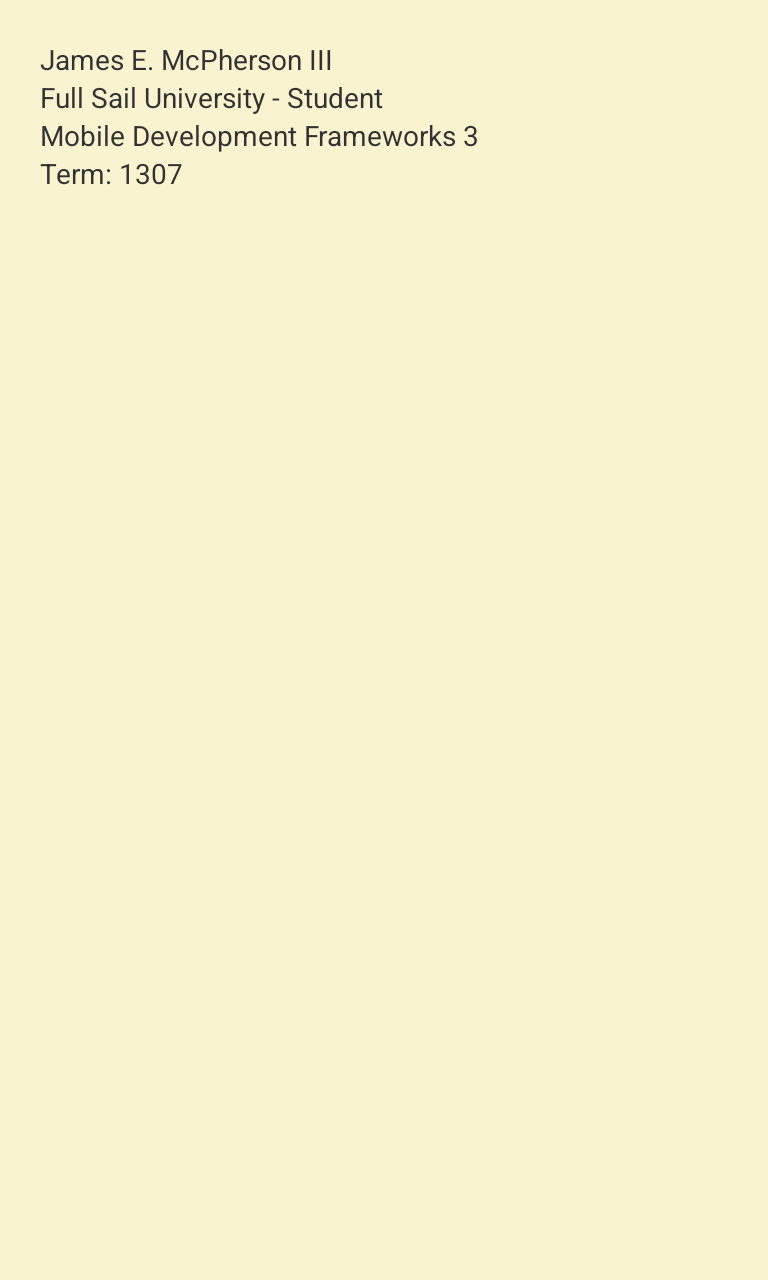
Repository: jemcphe/MDF3
Layout: Week3 ActionBar/Pictcha/res/layout/developer_info.xml
The author's editor kept a copy of each file at every save. The layout is drawn from the files as they stood at one save, then again after the next save.
It is drawn on a 768 x 1280 px phone screen (xhdpi) without system bars, with theme AppTheme; the app's code is not run.

Above is the layout before, as saved 2013-07-25 03:02:04.

### Week3 ActionBar/Pictcha/res/layout/developer_info.xml
<?xml version="1.0" encoding="utf-8"?>
<LinearLayout xmlns:android="http://schemas.android.com/apk/res/android"
    android:layout_width="match_parent"
    android:layout_height="match_parent"
	android:orientation="vertical"
	android:paddingTop="20dp"
	android:paddingLeft="20dp"
    android:background="#f9f3d0" > >

    <TextView
        android:id="@+id/name"
        android:layout_width="231dp"
        android:layout_height="wrap_content"
        android:text="James E. McPherson III" />

    <TextView
        android:id="@+id/school"
        android:layout_width="wrap_content"
        android:layout_height="wrap_content"
        android:text="Full Sail University - Student" />

    <TextView
        android:id="@+id/course"
        android:layout_width="wrap_content"
        android:layout_height="wrap_content"
        android:text="Mobile Development Frameworks 3" />

    <TextView
        android:id="@+id/term"
        android:layout_width="wrap_content"
        android:layout_height="wrap_content"
        android:text="Term: 1307" />

</LinearLayout>

Loaded but not shown: Week3 ActionBar/Pictcha/res/values/styles.xml (common file); Week3 ActionBar/Pictcha/res/values-v11/styles.xml (common file); Week3 ActionBar/Pictcha/res/values-v14/styles.xml (common file)

After the next save:
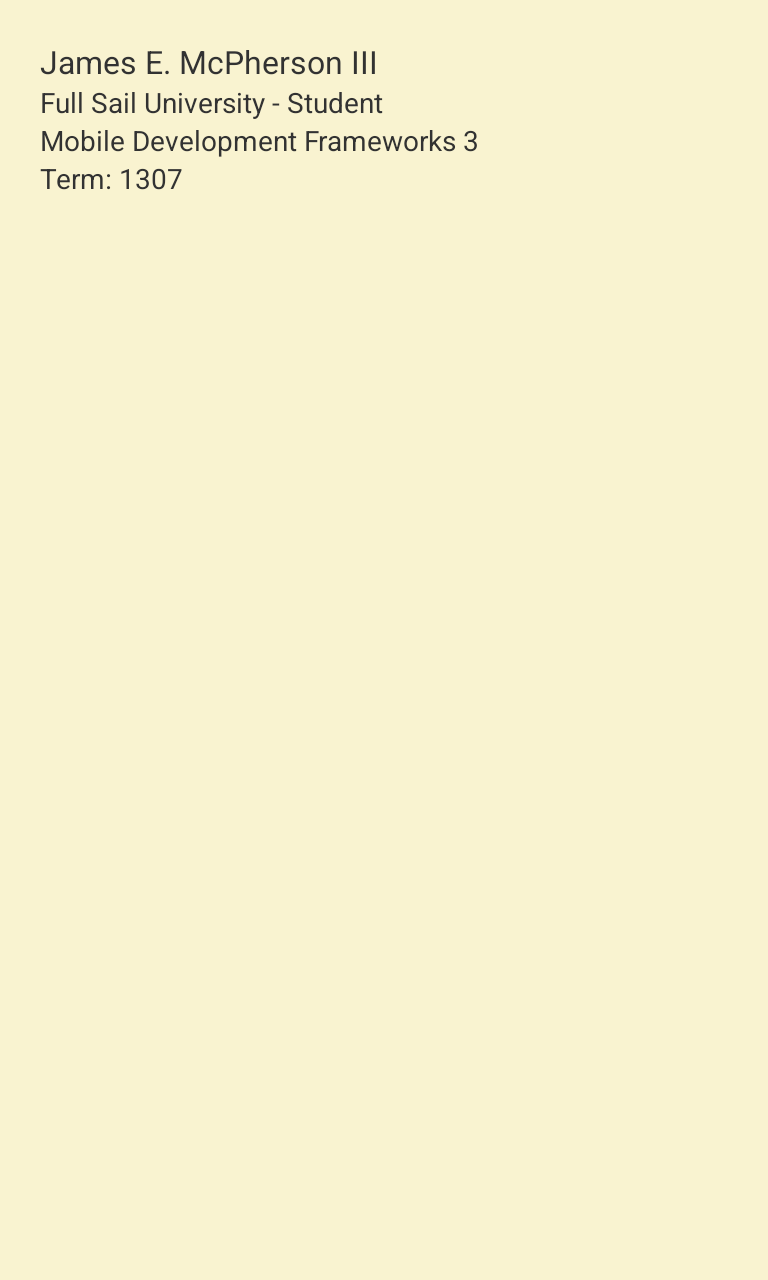
Saved 107 s later.
--- a/Week3 ActionBar/Pictcha/res/layout/developer_info.xml
+++ b/Week3 ActionBar/Pictcha/res/layout/developer_info.xml
@@ -11,7 +11,8 @@
         android:id="@+id/name"
         android:layout_width="231dp"
         android:layout_height="wrap_content"
-        android:text="James E. McPherson III" />
+        android:text="James E. McPherson III"
+        android:textSize="16sp" />
 
     <TextView
         android:id="@+id/school"
